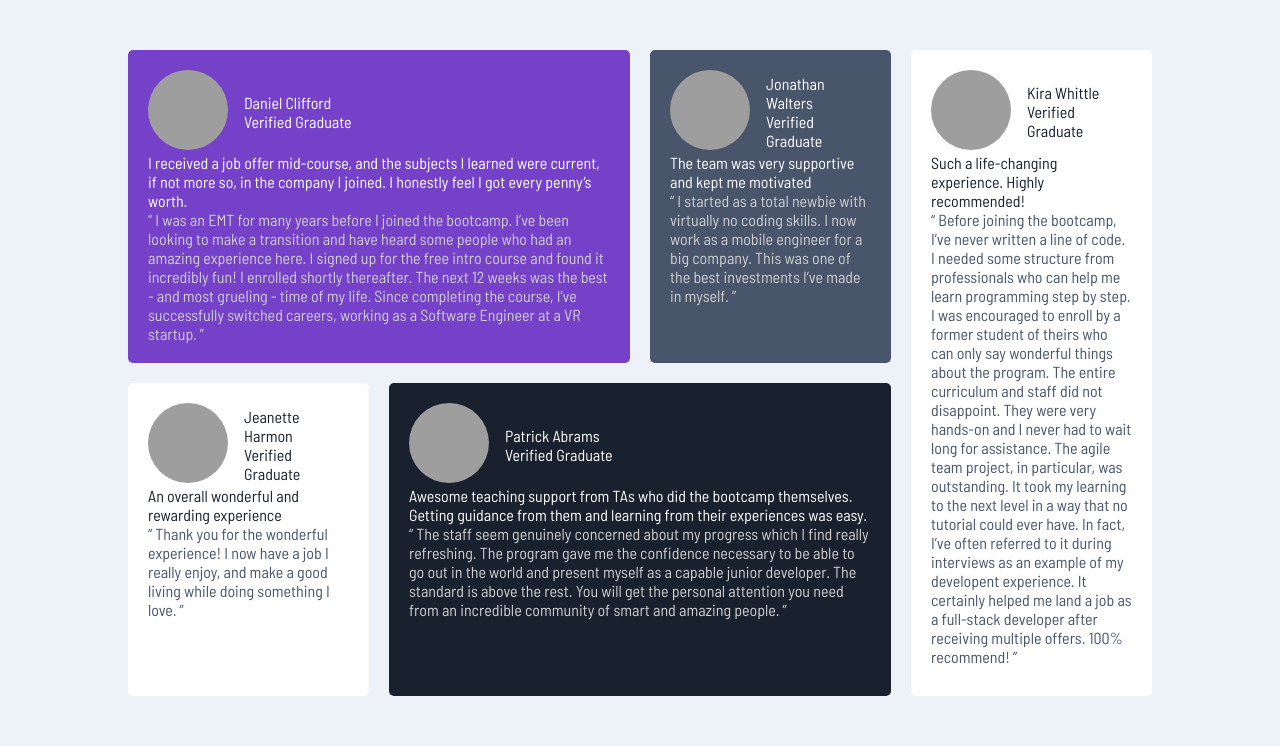
Repository: nptg3105/lab02-testimonials-grid
Page: index.html
An editor plug-in stored every save of this project. The page is shown before and after the next save, followed by the edit.
The browser window is 1280 px wide. The pictures show the whole page.
Pictures or frames that could not be fetched are drawn as grey boxes. The style sheet was rebuilt from its Sass, Less or Tailwind sources for each picture, by a compiler version that may differ from the author's.

Above is the page before, as saved 2021-12-08 05:58:28.

### index.html
<!DOCTYPE html>
<html lang="en">
  <head>
    <meta charset="UTF-8" />
    <meta http-equiv="X-UA-Compatible" content="IE=edge" />
    <meta name="viewport" content="width=device-width, initial-scale=1.0" />
    <title>Lab02 - Testimonials</title>
    <link rel="stylesheet" href="style.css" />
    <link
      href="https://fonts.googleapis.com/css2?family=Barlow+Semi+Condensed:wght@400;500;700&display=swap"
      rel="stylesheet"
    />
  </head>
  <body>
    <div class="container">
      <div class="testimonials">
        <div class="testimonials__item testimonials__item--violet">
          <div class="author">
            <div class="author__avatar">
              <img
                src="https://images.unsplash.com/photo-1570295999919-56ceb5ecca61?ixlib=rb-1.2.1&ixid=MnwxMjA3fDB8MHxzZWFyY2h8OHx8bWFufGVufDB8fDB8fA%3D%3D&auto=format&fit=crop&w=500&q=60"
                alt=""
              />
            </div>
            <div class="author__name">
              Daniel Clifford <br />
              Verified Graduate
            </div>
          </div>
          <div class="testimonials__heading">
            I received a job offer mid-course, and the subjects I learned were
            current, if not more so, in the company I joined. I honestly feel I
            got every penny’s worth.
          </div>
          <div class="testimonials__desc">
            “ I was an EMT for many years before I joined the bootcamp. I’ve
            been looking to make a transition and have heard some people who had
            an amazing experience here. I signed up for the free intro course
            and found it incredibly fun! I enrolled shortly thereafter. The next
            12 weeks was the best - and most grueling - time of my life. Since
            completing the course, I’ve successfully switched careers, working
            as a Software Engineer at a VR startup. ”
          </div>
        </div>
        <div class="testimonials__item testimonials__item--grey">
          <div class="author">
            <div class="author__avatar">
              <img
                src="https://images.unsplash.com/photo-1570295999919-56ceb5ecca61?ixlib=rb-1.2.1&ixid=MnwxMjA3fDB8MHxzZWFyY2h8OHx8bWFufGVufDB8fDB8fA%3D%3D&auto=format&fit=crop&w=500&q=60"
                alt=""
              />
            </div>
            <div class="author__name">
              Jonathan Walters <br />
              Verified Graduate
            </div>
          </div>
          <div class="testimonials__heading">
            The team was very supportive and kept me motivated
          </div>
          <div class="testimonials__desc">
            “ I started as a total newbie with virtually no coding skills. I now
            work as a mobile engineer for a big company. This was one of the
            best investments I’ve made in myself. ”
          </div>
        </div>
        <div class="testimonials__item testimonials__item--tall">
          <div class="author">
            <div class="author__avatar">
              <img
                src="https://images.unsplash.com/photo-1570295999919-56ceb5ecca61?ixlib=rb-1.2.1&ixid=MnwxMjA3fDB8MHxzZWFyY2h8OHx8bWFufGVufDB8fDB8fA%3D%3D&auto=format&fit=crop&w=500&q=60"
                alt=""
              />
            </div>
            <div class="author__name author__name--black">
              Kira Whittle <br />
              Verified Graduate
            </div>
          </div>
          <div class="testimonials__heading testimonials__heading--black">
            Such a life-changing experience. Highly recommended!
          </div>
          <div class="testimonials__desc testimonials__desc--grey">
            “ Before joining the bootcamp, I’ve never written a line of code. I
            needed some structure from professionals who can help me learn
            programming step by step. I was encouraged to enroll by a former
            student of theirs who can only say wonderful things about the
            program. The entire curriculum and staff did not disappoint. They
            were very hands-on and I never had to wait long for assistance. The
            agile team project, in particular, was outstanding. It took my
            learning to the next level in a way that no tutorial could ever
            have. In fact, I’ve often referred to it during interviews as an
            example of my developent experience. It certainly helped me land a
            job as a full-stack developer after receiving multiple offers. 100%
            recommend! ”
          </div>
        </div>
        <div class="testimonials__item testimonials__item--white">
          <div class="author">
            <div class="author__avatar">
              <img
                src="https://images.unsplash.com/photo-1570295999919-56ceb5ecca61?ixlib=rb-1.2.1&ixid=MnwxMjA3fDB8MHxzZWFyY2h8OHx8bWFufGVufDB8fDB8fA%3D%3D&auto=format&fit=crop&w=500&q=60"
                alt=""
              />
            </div>
            <div class="author__name author__name--black">
              Jeanette Harmon <br />
              Verified Graduate
            </div>
          </div>
          <div class="testimonials__heading testimonials__heading--black">
            An overall wonderful and rewarding experience
          </div>
          <div class="testimonials__desc testimonials__desc--grey">
            “ Thank you for the wonderful experience! I now have a job I really
            enjoy, and make a good living while doing something I love. ”
          </div>
        </div>
        <div class="testimonials__item testimonials__item--black">
          <div class="author">
            <div class="author__avatar">
              <img
                src="https://images.unsplash.com/photo-1570295999919-56ceb5ecca61?ixlib=rb-1.2.1&ixid=MnwxMjA3fDB8MHxzZWFyY2h8OHx8bWFufGVufDB8fDB8fA%3D%3D&auto=format&fit=crop&w=500&q=60"
                alt=""
              />
            </div>
            <div class="author__name">
              Patrick Abrams <br />
              Verified Graduate
            </div>
          </div>
          <div class="testimonials__heading">
            Awesome teaching support from TAs who did the bootcamp themselves.
            Getting guidance from them and learning from their experiences was
            easy.
          </div>
          <div class="testimonials__desc">
            “ The staff seem genuinely concerned about my progress which I find
            really refreshing. The program gave me the confidence necessary to
            be able to go out in the world and present myself as a capable
            junior developer. The standard is above the rest. You will get the
            personal attention you need from an incredible community of smart
            and amazing people. ”
          </div>
        </div>
      </div>
    </div>
  </body>
</html>

### style.scss
$font-main:'Barlow Semi Condensed',
sans-serif;
$violet-color:#7541c8;
$grey-color: #48556a;
$light-grey-color: #cfcfcf;
$white-color: #fff;
$bg-color: #ecf2f8;
$black-color: #19212e;

* {
    box-sizing: border-box;
    margin: 0;
    padding: 0;
}

body {
    background-color: $bg-color;
}

.container {
    max-width: 1024px;
    margin: 50px auto;

}

.testimonials {
    font-family: $font-main;
    display: grid;
    gap: 20px;
    grid-template-columns: repeat(4, 1fr);
    grid-template-rows: repeat(2, 1fr);
    grid-template-areas: "violet-area violet-area grey-area white-tall-area"
        "white-area black-area black-area white-tall-area";
    color: $white-color;

    &__item {
        border-radius: 5px;
        padding: 20px;

        &--violet {
            background-color: $violet-color;
            grid-area: violet-area;
        }

        &--grey {
            background-color: $grey-color;
            grid-area: grey-area;
        }

        &--tall {
            background-color: $white-color;
            grid-area: white-tall-area;

        }

        &--white {
            background-color: $white-color;
            grid-area: white-area;
        }

        &--black {
            background-color: $black-color;
            grid-area: black-area;
        }
    }

    &__heading--black {
        color: $black-color;
    }

    &__desc {
        color: $light-grey-color;
    }

    &__desc--grey {
        color: $grey-color;
    }
}

.author {
    display: flex;
    align-items: center;

    &__name--black {
        color: $black-color;
    }

    &__avatar {
        margin-right: 16px;

        img {
            object-fit: cover;
            width: 80px;
            height: 80px;
            border-radius: 50%;

        }
    }

}

After the next save:
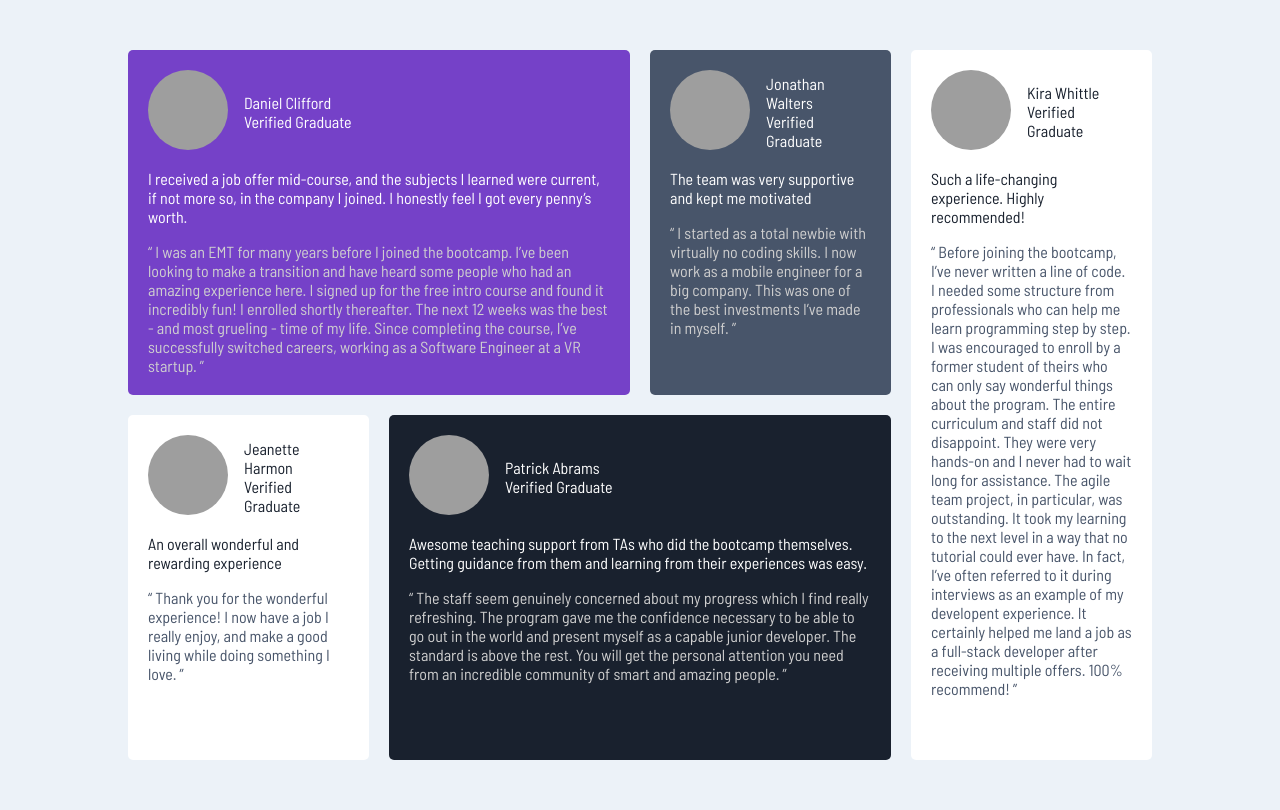
Saved 41 s later.
--- a/style.scss
+++ b/style.scss
@@ -64,6 +64,10 @@ body {
         }
     }
 
+    &__heading {
+        margin: 16px 0;
+    }
+
     &__heading--black {
         color: $black-color;
     }
